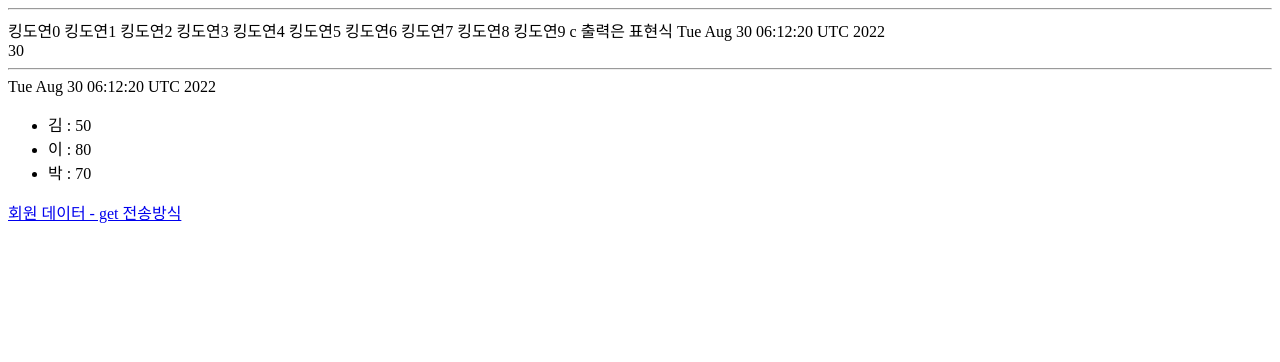
Repository: cordingdodo/javaworks2
Page: http://localhost/practice01/
These files come from the project's save history. The page is drawn as it stood at one moment and after the next save; the edit follows.
The browser window is 1280 px wide. The pictures show the whole page.
The page is served by Tomcat 9.

Above is the page before, as saved 2022-10-11 06:45:27.

After the next save:
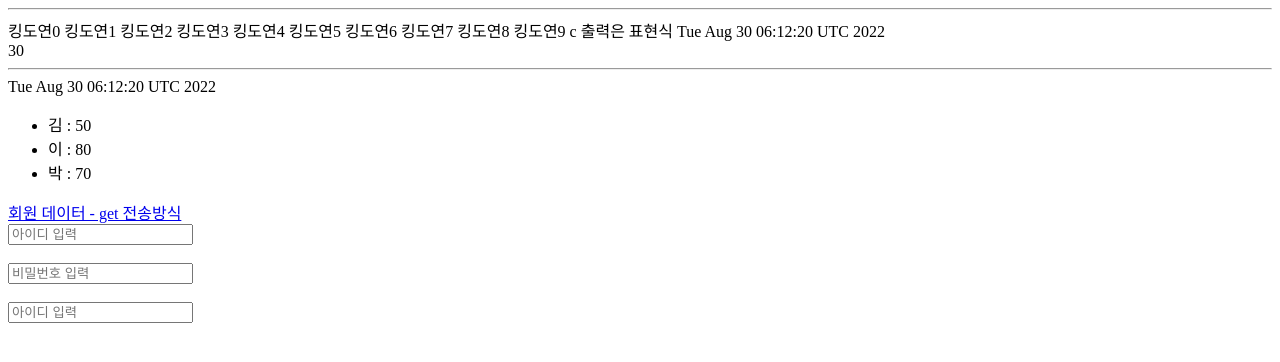
Saved 85 s later.
--- a/practice01/WebContent/index.jsp
+++ b/practice01/WebContent/index.jsp
@@ -50,6 +50,9 @@
 </ul>
 <a href="test01.jsp?id=kdy&pw=1234&name=김더연">회원 데이터 - get 전송방식</a>
 <form action="test12.jsp" name="login_form">
+	<input name="id" id="id" placeholder="아이디 입력"><br><br>
+	<input type="password" id="password" placeholder="비밀번호 입력"><br><br>
+	<input name="id" id="id" placeholder="아이디 입력"><br><br>
 </form>
 <div id="msg">
 
